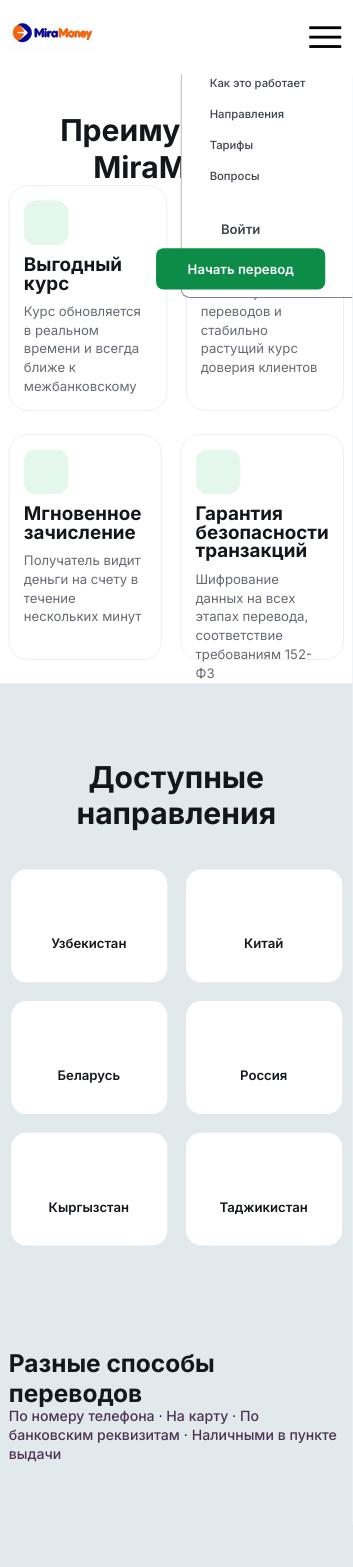
Repository: Shaiyr1/mira-money
Page: index.html
These files come from the project's save history. The page is drawn as it stood at one moment and after a run of saves; the edit follows.
The browser window is 375 px wide. The pictures show the whole page, at 94% of full size.
After loading, the first visible `div.header-menu` was clicked once.

Above is the page before, as saved 2026-10-26 16:54:52.

After the next 3 saves:
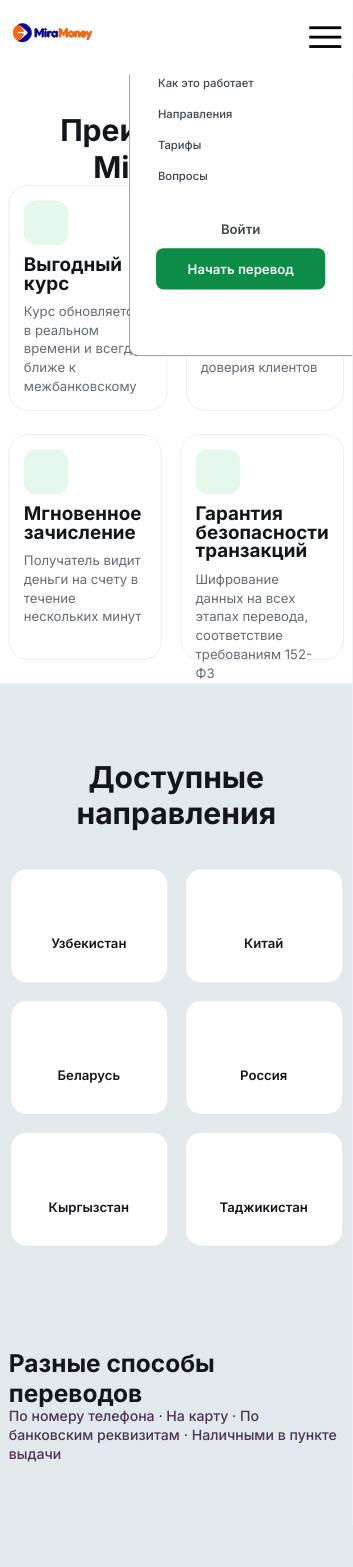
The 3 saves are shown as one change because they came seconds apart.
The last was saved 21 s later.
--- a/src/css/style.css
+++ b/src/css/style.css
@@ -306,7 +306,8 @@
         display: block;
     }
     .active {
-        height: 238px;
+        width: 238px;
+        height: 300px;
         padding: 0 50px 30px 30px;
         position: absolute;
         top: 79px;
